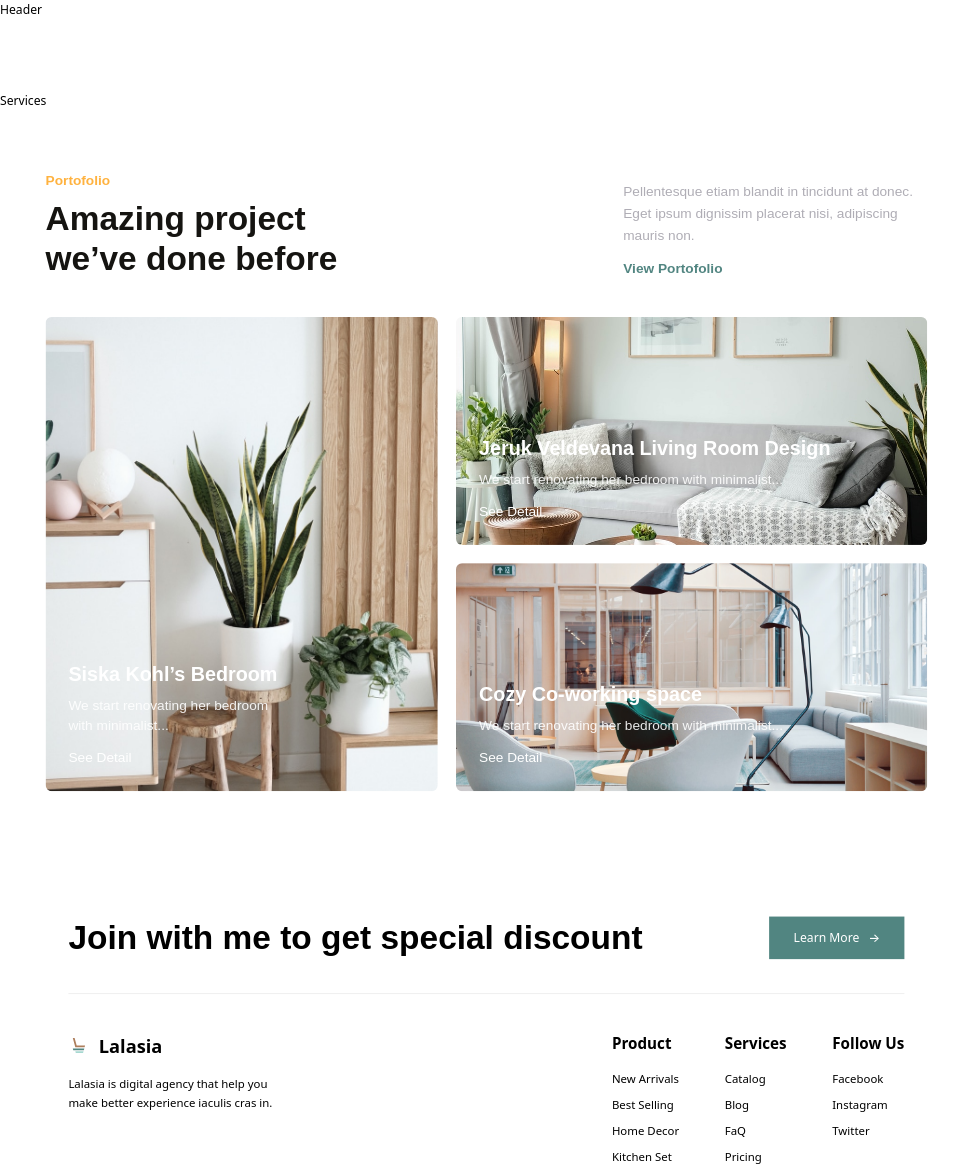
Repository: archis-academy/december-frontend-lalasia-2025
Page: /services
These files come from the project's save history. The page is drawn as it stood at one moment and after the next save; the edit follows.
The browser window is 1280 px wide. The pictures show the whole page, at 76% of full size.
Some web fonts or font styles are not loaded; a fallback is used. The project was rebuilt for these pictures with package versions that can differ from the ones it lists, and the page was loaded fresh each time. Also part of the build but not shown: vite.config.ts, src/components/welcome/benefits.scss, src/components/welcome/benefitsd.tsx, src/components/Article/Article.module.scss, src/components/Article/ArticleCard.module.scss, src/components/CustomButton/CustomButton.tsx, src/components/Arrow/Arrow.tsx, src/components/Article/ArticleCard.tsx and 19 more.

Above is the page before, as saved 2026-01-27 01:18:45.

After the next save:
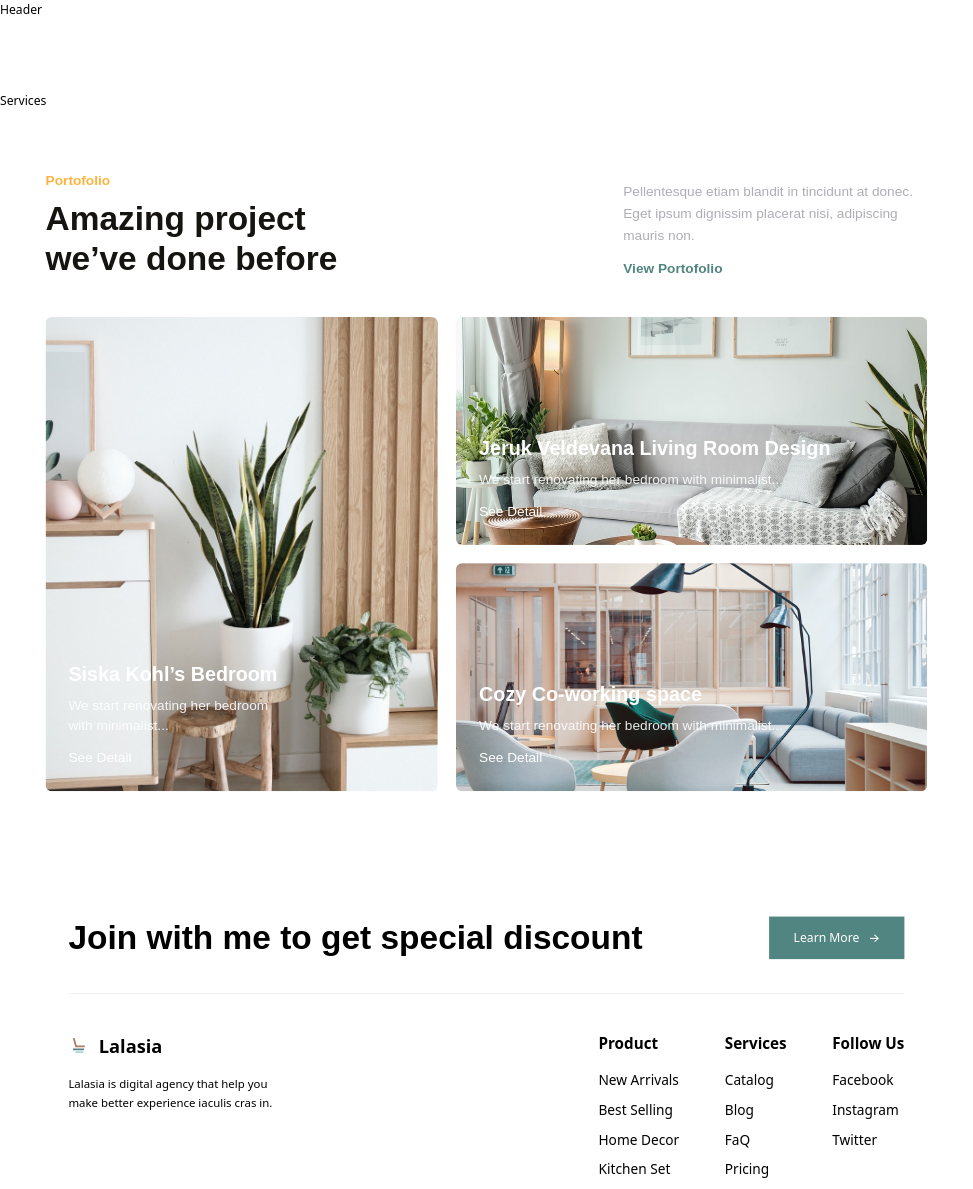
Saved 33 s later.
--- a/src/components/Footer/Footer.scss
+++ b/src/components/Footer/Footer.scss
@@ -106,7 +106,8 @@
             text-decoration: none;
             color: $black;
             margin-bottom: 12px;
-            font-size: 15px;
+            font-weight: 500;
+            font-size: 18px;
             &:hover { color: $main-color; }
           }
         }
